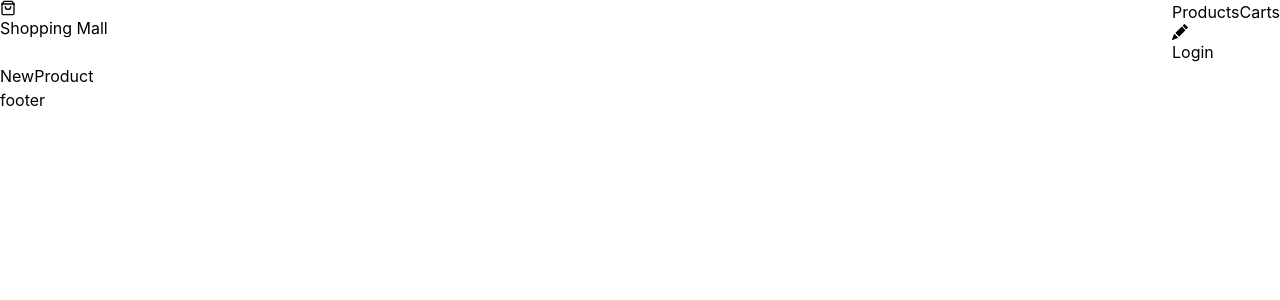
Repository: dnjfht/shopping_mall
Page: /products/new
These files come from the project's save history. The page is drawn as it stood at one moment and after the next save; the edit follows.
The browser window is 1280 px wide. The pictures show the whole page.
The project was rebuilt for these pictures with package versions that can differ from the ones it lists, and the page was loaded fresh each time. Also part of the build but not shown: src/App.css, src/pages/Home.jsx, src/pages/AllProducts.jsx, src/pages/ProductDetail.jsx, src/pages/NotFound.jsx, src/pages/MyCart.jsx.

Above is the page before, as saved 2023-03-05 20:22:28.

After the next save:
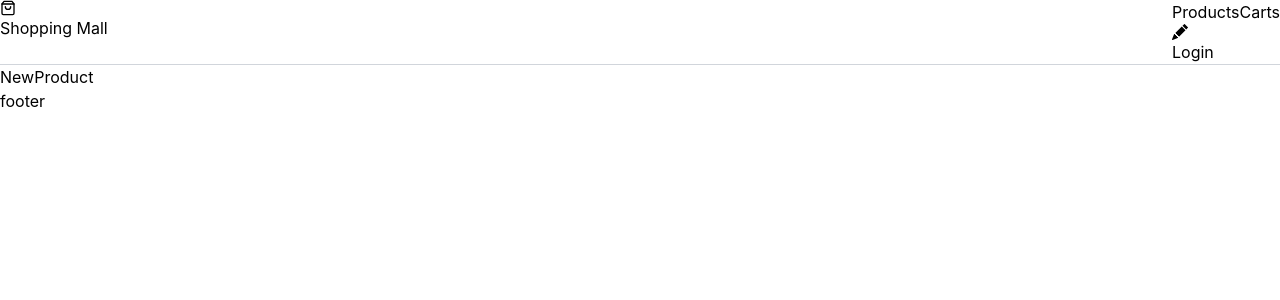
Saved 2 min 34 s later.
--- a/src/components/Header.jsx
+++ b/src/components/Header.jsx
@@ -5,7 +5,7 @@ import { BsFillPencilFill } from "react-icons/bs";
 
 export default function Header() {
   return (
-    <header className="flex justify-between ">
+    <header className="flex justify-between border-b border-gray-300">
       <Link to="/">
         <FiShoppingBag />
         <h1>Shopping Mall</h1>
